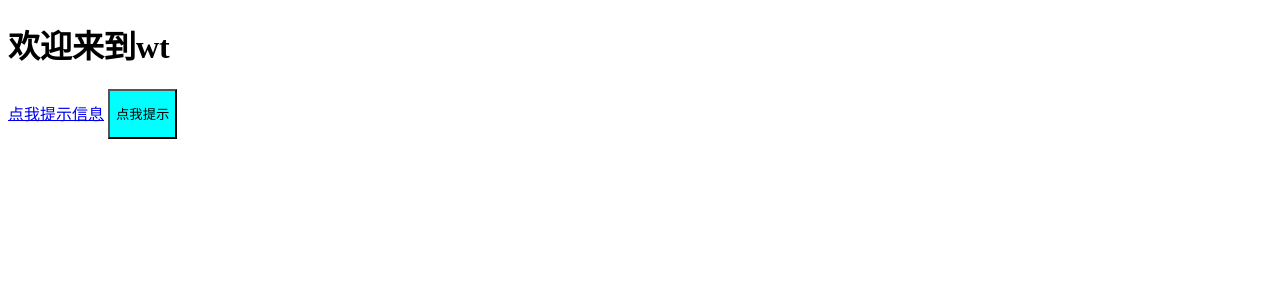
Repository: reggiepy/vueLeaning
Page: 07 事件处理/2 事件修饰符.html
The author's editor kept a copy of each file at every save. The page is drawn from the files as they stood at one save, then again after the next save.
The browser window is 1280 px wide. The pictures show the whole page.

Above is the page before, as saved 2021-12-05 18:28:03.

### 07 事件处理/2 事件修饰符.html
<!DOCTYPE html>
<html lang="en">
<head>
    <meta charset="UTF-8">
    <meta http-equiv="X-UA-Compatible" content="IE=edge">
    <meta name="viewport" content="width=device-width, initial-scale=1.0">
    <title>事件修饰符</title>
    <script type="text/javascript" src="../js/vue.js"></script>
    <style>
        .demon1{
            height: 50px;
            background-color: aqua;
        }
    </style>
</head>
<body>
    <div id="root">
        <h1>欢迎来到{{name}}</h1>
        <a href="https://www.baidu.com" @click.prevent="showInfo">点我提示信息</a>
        <button @click="showInfo" class="demon1">点我提示</button>
    </div>
</body>
<script>
    Vue.config.productionTip = false;
    const vm = new Vue({
        el: "#root",
        data: {
            name: "wt"
       },
       methods: {
           showInfo(e){
            //    e.preventDefault()
               alert("同学你好！")
           }
       }
    })
</script>
</html>

Loaded but not shown: js/vue.js (library)

After the next save:
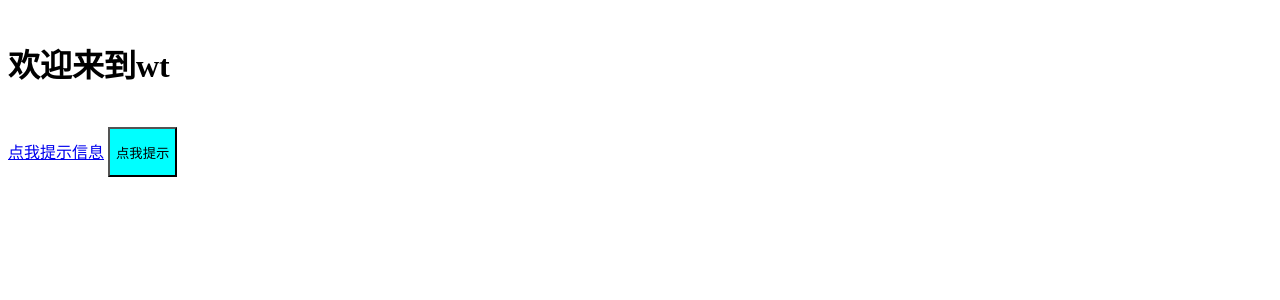
Saved 38 s later.
--- a/07 事件处理/2 事件修饰符.html
+++ b/07 事件处理/2 事件修饰符.html
@@ -7,6 +7,9 @@
     <title>事件修饰符</title>
     <script type="text/javascript" src="../js/vue.js"></script>
     <style>
+        *{
+            margin-top: 20px;
+        }
         .demon1{
             height: 50px;
             background-color: aqua;
